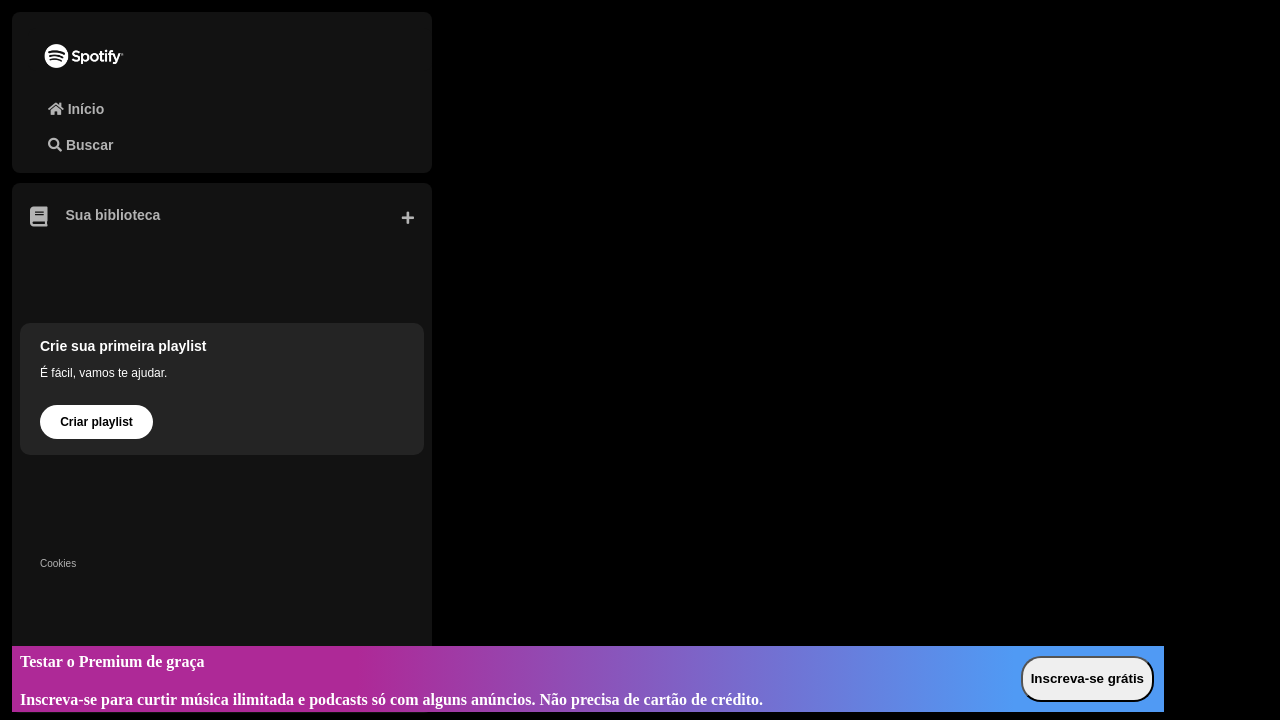
Repository: humbertobrasileiro/spotify
Page: index.html
These files come from the project's save history. The page is drawn as it stood at one moment and after the next save; the edit follows.
The browser window is 1280 px wide. The pictures show the whole page.

Above is the page before, as saved 2024-01-23 15:51:43.

After the next save:
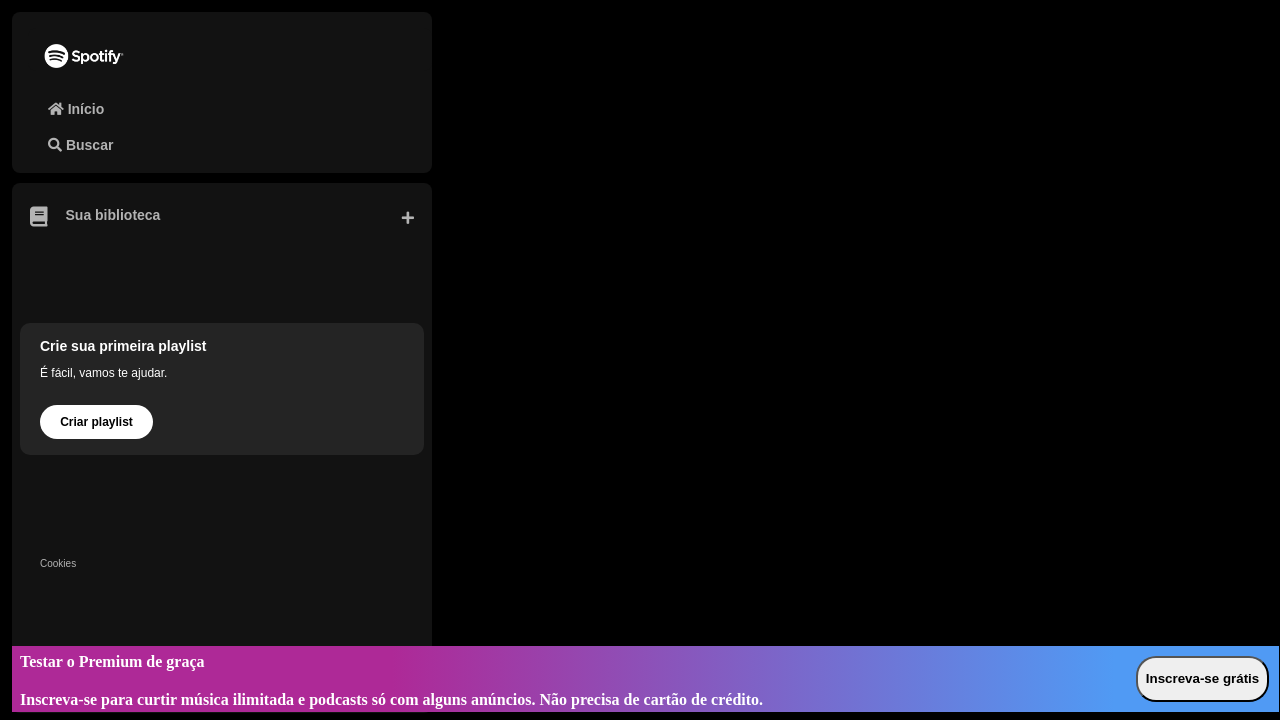
Saved 7 s later.
--- a/styles.css
+++ b/styles.css
@@ -191,7 +191,7 @@
   bottom: 0px;
   background: rgb(174, 41, 151);
   background: linear-gradient(90deg, rgba(174, 41, 151, 1) 30%, rgba(80, 154, 244, 1) 87%);
-  width: 90%;
+  width: 99%;
   height: 66px;
 }
 
